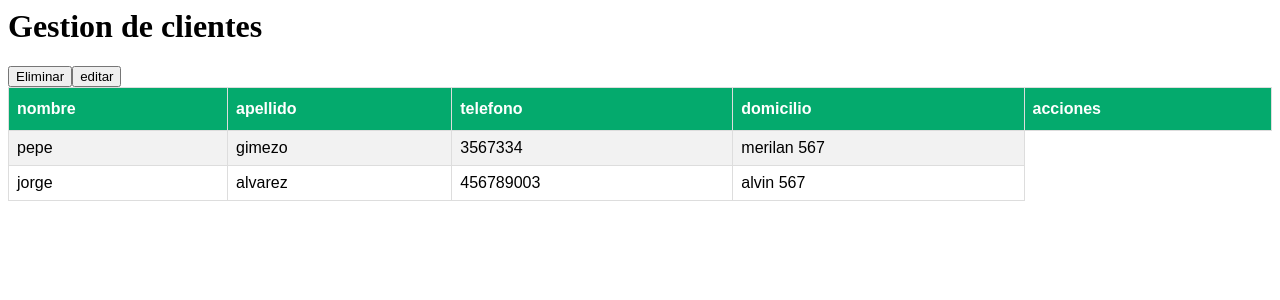
Repository: geraldine-ventura/Practicando.net
Page: index 2.html
The author's editor kept a copy of each file at every save. The page is drawn from the files as they stood at one save, then again after the next save.
The browser window is 1280 px wide. The pictures show the whole page.

Above is the page before, as saved 2022-12-20 11:11:55.

### index 2.html
<h1>Gestion de clientes</h1>
<table id= "customers">
    <tr>
        <th>nombre</th>
        <th>apellido</th>
        <th>telefono</th>
        <th>domicilio</th>
        <th>acciones</th>
    </tr>
    <tr>
        <td>pepe</td>
        <td>gimezo</td>
        <td>3567334</td>
        <td>merilan 567</td>
          <button>Eliminar</button>
          <button>editar</button>
    </tr>
    <tr>
        <td>jorge</td>
        <td>alvarez</td>
        <td>456789003</td>
        <td>alvin 567</td>
    </tr>
</table>

<style>
    #customers {
      font-family: Arial, Helvetica, sans-serif;
      border-collapse: collapse;
      width: 100%;
    }

    #customers td, #customers th {
      border: 1px solid #ddd;
      padding: 8px;
    }

    #customers tr:nth-child(even){background-color: #f2f2f2;}

    #customers tr:hover {background-color: #ddd;}

    #customers th {
      padding-top: 12px;
      padding-bottom: 12px;
      text-align: left;
      background-color: #04AA6D;
      color: white;
    }
    </style>

After the next save:
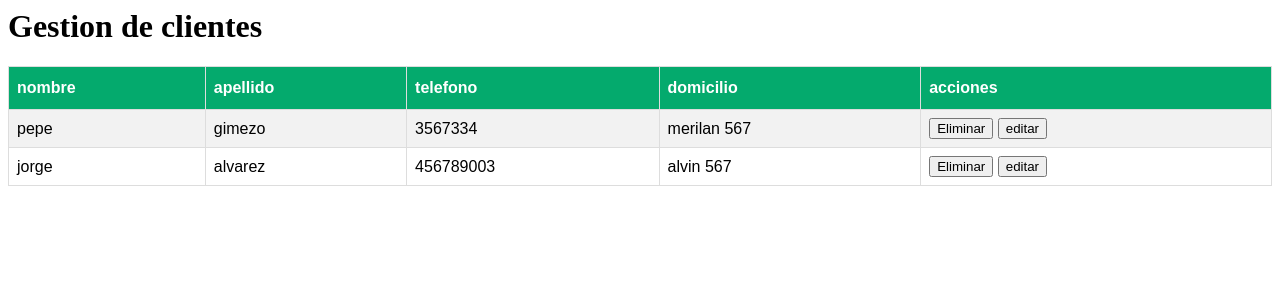
Saved 46 s later.
--- a/index 2.html
+++ b/index 2.html
@@ -12,14 +12,20 @@
         <td>gimezo</td>
         <td>3567334</td>
         <td>merilan 567</td>
+        <td>
           <button>Eliminar</button>
           <button>editar</button>
+        </td>
     </tr>
     <tr>
         <td>jorge</td>
         <td>alvarez</td>
         <td>456789003</td>
         <td>alvin 567</td>
+        <td>
+            <button>Eliminar</button>
+            <button>editar</button>
+          </td>
     </tr>
 </table>
 
